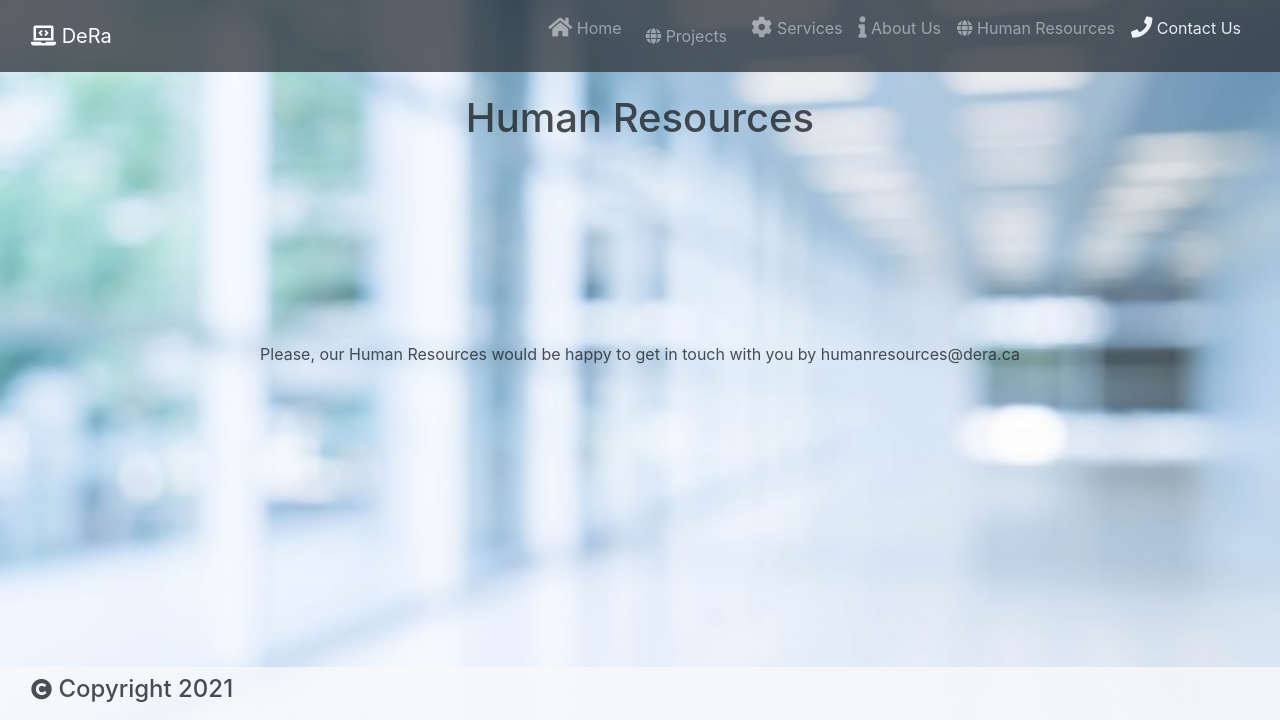
Repository: deividwsantoss/web6201-Lab1
Page: hr.html
The author's editor kept a copy of each file at every save. The page is drawn from the files as they stood at one save, then again after the next save.
The browser window is 1280 px wide. The pictures show the whole page.

Above is the page before, as saved 2021-02-04 16:11:45.
Console error: TypeError: Cannot set properties of null (setting 'innerHTML')

### hr.html
<!DOCTYPE html>
<html lang="en">
<head>
    <meta charset="UTF-8">
    <meta name="viewport" content="width=device-width, initial-scale=1.0">
    <title>HR</title>
</head>
<!-- CSS SECTION-->
<link rel="stylesheet" href="./node_modules/bootstrap/dist/css/bootstrap.min.css">
<link rel="stylesheet" href="./node_modules/@fortawesome/fontawesome-free/css/all.min.css">
<link rel="stylesheet" href="./Content/app.css">

<body class="contactimage" id="hrbg">
    <!-- Main Header-->
    <header>
        <nav class="navbar navbar-expand-lg navbar-dark bg-dark">
            <div class="container-fluid">
              <a class="navbar-brand" href="Index.html"><i class="fas fa-laptop-code"></i> DeRa</a>
              <button class="navbar-toggler" type="button" data-bs-toggle="collapse" data-bs-target="#navbarSupportedContent" aria-controls="navbarSupportedContent" aria-expanded="false" aria-label="Toggle navigation">
                <span class="navbar-toggler-icon"></span>
              </button>
              <div class="collapse navbar-collapse" id="navbarSupportedContent">
                <ul id="mainUl" class="navbar-nav ml-auto mb-2 mb-lg-0">
                  <li class="nav-item">
                    <a class="nav-link " aria-current="page" href="Index.html"><i class="fas fa-home fa-lg"></i> Home</a>
                  </li>
                  <li class="nav-item">
                    <a id="prod" class="nav-link" aria-current="page" href="products.html"><i class="fas fa-globe fa-lg"></i> Products</a>
                  </li>
                  <li class="nav-item">
                    <a class="nav-link" aria-current="page" href="services.html"><i class="fas fa-cog fa-lg"></i> Services</a>
                  </li>
                  <li class="nav-item">
                    <a class="nav-link" aria-current="page" href="about.html"><i class="fas fa-info fa-lg"></i> About Us</a>
                  </li>
                  <li class="nav-item">
                    <a class="nav-link active" aria-current="page" href="contact.html"><i class="fas fa-phone fa-lg"></i> Contact Us</a>
                  </li>

                </ul>

              </div>
            </div>
          </nav>

    </header>


    <!-- Main Content-->
    <main class="container">
      <h1 class="text-center"> Human Resources</h1>

      <p id="hrMessage" class="text-center"></p>

    </main>
<!-- Main Footer-->


    <!--- Script Section-->
    <script src="./node_modules/jquery/dist/jquery.min.js"></script>
    <script src="./node_modules/bootstrap/dist/js/bootstrap.bundle.min.js"></script>
    <script src="./Scripts/app.js"></script>
</body>

</html>

### Content/app.css
/* app.js

Author: Deivid Santos   ID: 100731640
Author: S m hasibur Rahman  ID:100765652

Date Completed: 02.04.2021
*/

html{
    height: 100%;
}
body{
    height: 100%;


}
.bg{
    background-image: url("Background-White.jpg");
    background-repeat: no-repeat;
    background-size: cover;
    background-position: center;
    opacity: 0.8;
    height: 100%;
}

.contactimage{
    background-image:url("contactimg.jpg");
    background-repeat: no-repeat;
    background-size: cover;
    background-position: center;
    opacity: 0.8;
}
.productsbg {
    background-image:url("productsbg.jpg");
    background-repeat: no-repeat;
    background-size: cover;
    background-position: center;
    opacity: 0.8;
    height: 778px;
}

.servicesbackgroud{
    height: 1200px;
    background-image:url("services.jpg");
    background-repeat: repeat;
    background-size: cover;
    background-position: center;
    opacity: 0.8;


}
.aboutus{
    background-image:url("bgimage.jpg");
    background-repeat: no-repeat;
    background-size: cover;
    background-position: center;
    opacity: 0.8;
}
#hrbg{
    background-image:url("hr.jpg");
    background-repeat: no-repeat;
    background-size: cover;
    background-position: center;
    opacity: 0.8;
}

#paragraphOne {
    color: black;
    font-size: 220%;
    margin-top: 25%;
    text-shadow: 2px 2px 4px #000;
    font-family: cursive;
    font-weight: bold;

}
h1{
    margin-top: 2%;
}

#custompg{
    width: 400px;

}

#projectsImg{
    width: 150px;
    margin-top: 10%;
}

#pic{
    width:310px; /* you can use % */
    height: auto;
}
/* */
#formId {
    margin-top: 5%;
}

#aboutmain{
    margin-top: 70px;
}
#dlParagraph{
    margin-top: 10%;
    margin-top: 20%;
    font-size: large;
    font-weight: bold;
}
#scotiaParagraph{
    margin-top: 15%;
    font-size: large;
    font-weight: bold;
}
#canadianParagraph{

}

#mainInformation{
    margin-top: 5%;
    margin-right: 0%;
    margin-left: 0%;
}
#mobileInfo{
    margin-top: 10%;
}

#canadianParagraph {
    margin-top: 15%;
    font-size: large;
    font-weight: bold;
}

.names {
    font-size: larger;
    font-weight: bold;
}

#hrMessage{
    text-align: center;
    margin-top: 200px;
}

### Scripts/app.js
/* app.js

Author: Deivid Santos   ID: 100731640
Author: S m hasibur Rahman  ID:100765652

Date Completed: 02.04.2021
*/


"use strict";

(function(){

    function addHr(){

        let navIn = document.getElementById("mainUl");

        let liCreate = document.createElement('li');

        liCreate.innerHTML = `<a id="prod" class="nav-link" aria-current="page" href="hr.html"><i class="fas fa-globe" name="prod"></i> Human Resources</a>`;

        navIn.insertBefore(liCreate, navIn.getElementsByTagName("li")[4]);

    }

    function addFooter(){


        const body = document.body;
        let footerNav = document.createElement('footer');

        footerNav.innerHTML = `<nav class="navbar fixed-bottom navbar-light bg-light">
        <div class="container-fluid">
          <h4 ><i class="fas fa-copyright fa-sm"></i> Copyright 2021 </h4>
      </div>
        </nav>`

        body.appendChild(footerNav);

    }

    function Projects(){
        let productsElement = document.getElementById("prod");
        let prod = `<a id="prod" class="nav-link" aria-current="page" href="products.html"><i class="fas fa-globe" name="prod"></i> Projects</a>`;


        productsElement.innerHTML = prod;

        let prodNameElement = document.getElementById("prodName");
        let projectName = `<h1 id="prodName" class="text-center">Our Projects</h1>`

        prodNameElement.innerHTML = projectName;
    }
    function displayHome(){
        let paragraphOneText = "Welcome to DeRa Development Website for WebD6201";
        let paragraphOneElement = document.getElementById("paragraphOne");

        paragraphOneElement.textContent = paragraphOneText;
        paragraphOneElement.className = "fs-6 ";
    }
    function displayAbout(){

        let NameOneText = "Deivid Santos";
        let NameOneElemenet = document.getElementById("nameOne");

        NameOneElemenet.innerText = NameOneText;

        let NameTwoText = "Hasibur Rahman";
        let NameTwoElemenet = document.getElementById("nameTwo");

        NameTwoElemenet.innerText = NameTwoText;


    }
    function displayProducts(){

        //deloitte
        let dlText = "DeRa is proud for leading the main developing project for DL."
        let dlElement = document.getElementById("dlParagraph");

        dlElement.textContent = dlText;

        //Scotia
        let scotiaText = "Another Big company we are proud to have worked with"
        let scotiaElement = document.getElementById("scotiaParagraph");

        scotiaElement.textContent = scotiaText;
        // Canadian Tire

        let canadianParagraphText = "In 2020 we had the opportunity to work with one of the biggest companies in Canada! ";
        let canadianElement = document.getElementById("canadianParagraph");

        canadianElement.innerText = canadianParagraphText;

    }
    function displayHR(){
        let hrText = "Please, our Human Resources would be happy to get in touch with you by humanresources@dera.ca";
        let hrElement = document.getElementById("hrMessage");

        hrElement.innerText = hrText;
    }
    function displayServices(){

        //intro text
        let servicesIntroText = "DeRa Development can provide you the best customized solution for you";
        let servicesIntroElement = document.getElementById("serviceIntro");
        servicesIntroElement.textContent = servicesIntroText;

        // custom dev text
        let customParagraphText = "DeRa Development have been delivering successful custom programs to our clients since the date we were born. \nSince DeRa was born we have seen a rapid change in website technology which we were always able to adapt";
        let customParagraphElement = document.getElementById("customParagraph");

        customParagraphElement.innerText = customParagraphText;

        //mobile text

        let mobileParagraphText = "We have the knowledge and skills to provide you the best quality solution for any kind of device. \nMobile development is one of our strengths.";
        let mobileParagraphElement = document.getElementById("mobileInfo");

        mobileParagraphElement.innerText = mobileParagraphText;

        //design paragraph
        let webDesignParagraphText = "Our high quality design makes the user interaction a whole new journey";
        let webDesignParagraphElement = document.getElementById("DesParagraph");

        webDesignParagraphElement.innerText = webDesignParagraphText;
    }
    function displayContact(){

        let messageArea = document.getElementById("messageArea");
        messageArea.hidden = true;

        //Form Validation...

        let fullName = document.getElementById("fullName");
        fullName.addEventListener("blur", function(){
            if(fullName.value.length < 2){
                fullName.focus;
                fullName.select();
                messageArea.hidden = false;
                messageArea.className = "alert alert-danger";
                messageArea.textContent = "Please, Enter an appropriate name."
            }
            else{
                messageArea.removeAttribute("Class");
                messageArea.hidden = true;
            }
        });

        //validating number
        let contactNumber = document.getElementById("contactNumber");
        contactNumber.addEventListener("blur", function(){

            if(contactNumber.value.length < 10 || contactNumber.value.length > 10 )
            {
                contactNumber.focus;
                contactNumber.select();
                messageArea.hidden = false;
                messageArea.className = "alert alert-danger";
                messageArea.textContent = "Please, Insert a valid Number";
            }
            else {
                messageArea.removeAttribute("Class");
                messageArea.hidden = true;
            }

        });

        // Validating short text
        let shortMessage = document.getElementById("shortMessage");
        shortMessage.addEventListener("blur", function(){

            if(shortMessage.value.length > 50){
                shortMessage.focus;
                shortMessage.select();
                messageArea.hidden = false;
                messageArea.className = "alert alert-danger";
                messageArea.textContent = "Maximum characters allowed (50)";
            }
            else{
                messageArea.removeAttribute("Class");
                messageArea.hidden = true;
            }
        });

        let sendButton = document.getElementById("sendButton");
        sendButton.addEventListener("click", function(event){
            event.preventDefault();
        });
        document.getElementById("sendButton").onclick = function (){
            location.href = "index.html"
        };

    }


    function Start(){
        console.log("App Start...");

        switch (document.title) {

            case 'Home':
                displayHome();
                break;
            case 'About':
                displayAbout();
                break;
            case 'Products':
                displayProducts();
                break;
            case 'Services':
                displayServices();
                break;
            case 'Contact':
                displayContact();
                break;
            case 'HR':
                displayHR();
                break;

        }


    }

    window.addEventListener("load",addFooter);
    window.addEventListener("load",Projects);
    window.addEventListener("load",Start);
    window.onload = addHr();

})();

Loaded but not shown: node_modules/bootstrap/dist/css/bootstrap.min.css (library); node_modules/@fortawesome/fontawesome-free/css/all.min.css (library); node_modules/jquery/dist/jquery.min.js (library); node_modules/bootstrap/dist/js/bootstrap.bundle.min.js (library)

After the next save:
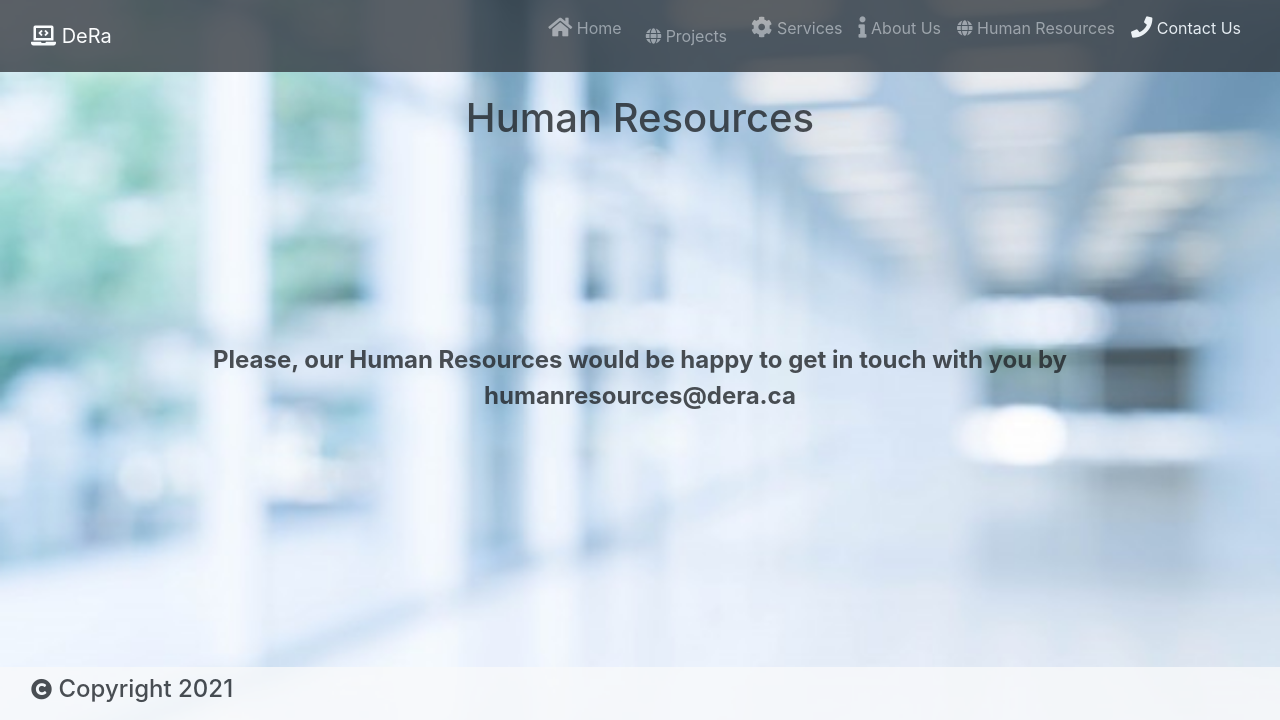
Saved 23 s later.
--- a/Content/app.css
+++ b/Content/app.css
@@ -137,4 +137,6 @@ h1{
 #hrMessage{
     text-align: center;
     margin-top: 200px;
+    font-weight: bold;
+    font-size: x-large;
 }
